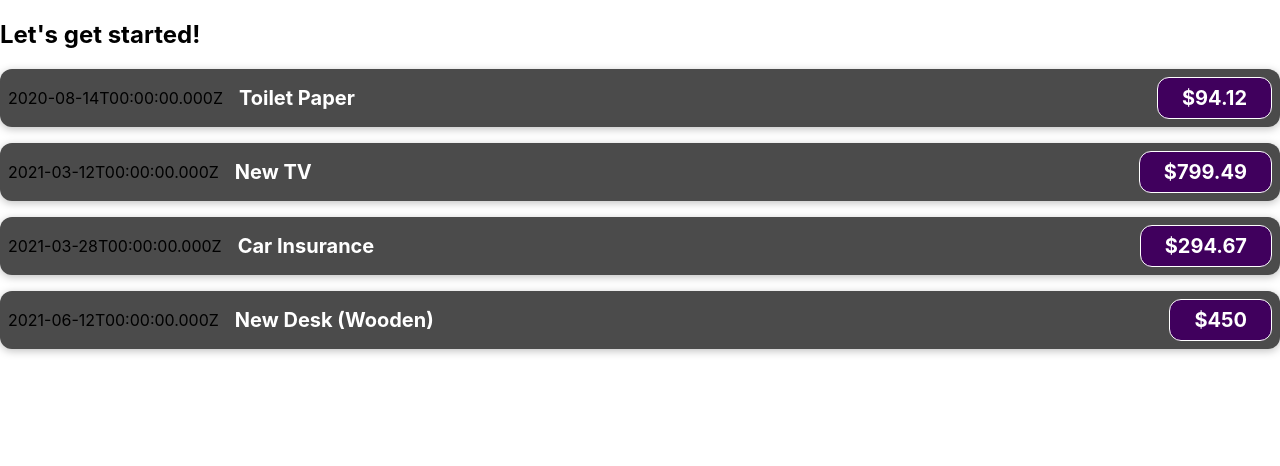
Repository: masamichan/react-complete-guide
Page: /
These files come from the project's save history. The page is drawn as it stood at one moment and after the next save; the edit follows.
The browser window is 1280 px wide. The pictures show the whole page.
The project was rebuilt for these pictures with package versions that can differ from the ones it lists, and the page was loaded fresh each time. Also part of the build but not shown: src/App.css.

Above is the page before, as saved 2023-03-26 10:36:34.

After the next save:
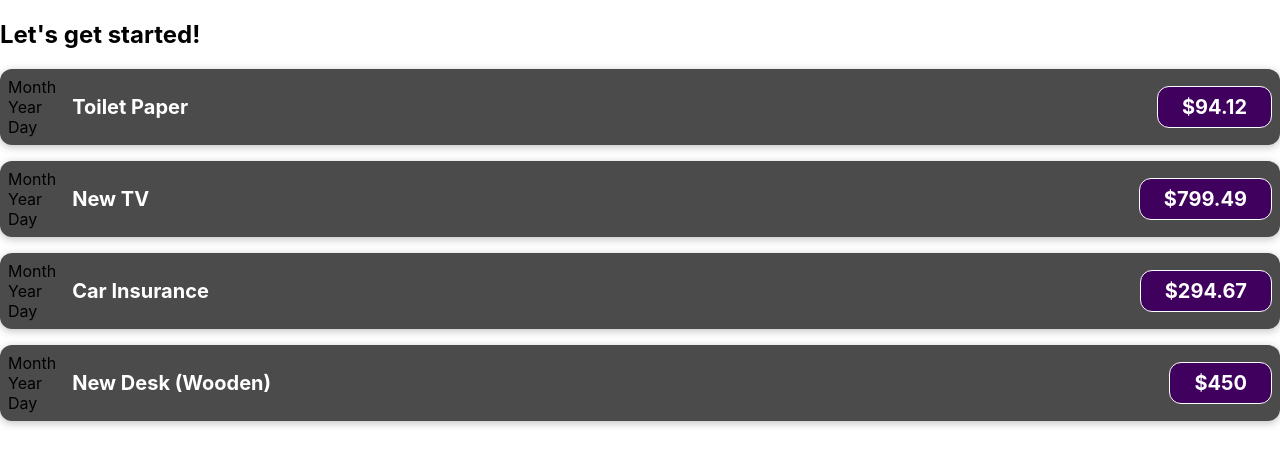
Saved 10 min 19 s later.
--- a/src/components/ExpensItem.js
+++ b/src/components/ExpensItem.js
@@ -7,7 +7,11 @@ function ExpenseItem(props) {
 
   return (
     <div className="expense-item">
-      <div>{props.date.toISOString()}</div>
+      <div>
+        <div>Month</div>
+        <div>Year</div>
+        <div>Day</div>
+      </div>
       <div className="expense-item__description">
         <h2>{props.title}</h2>
         <div className="expense-item__price">${props.amount}</div>
